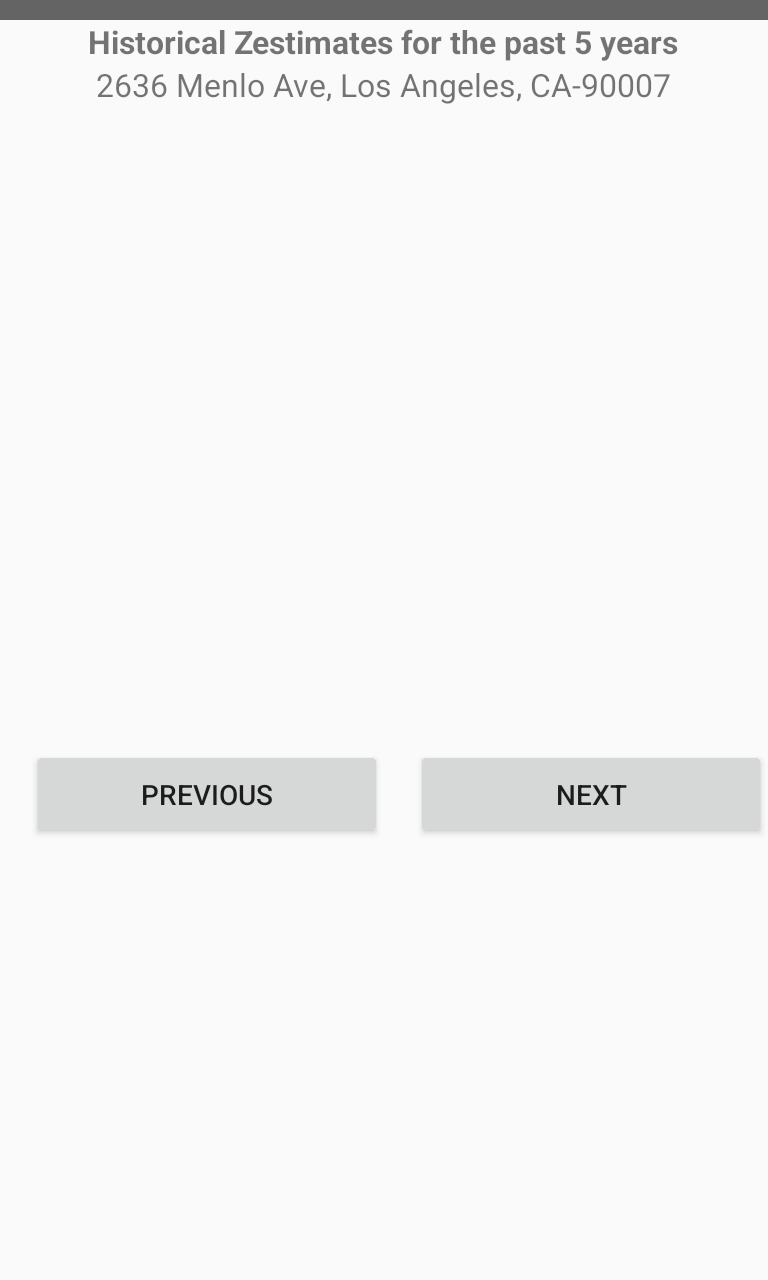
Repository: Warun26/PropertySearch
Layout: PropertySearch/res/layout/historical_zestimates_tab.xml
The author's editor kept a copy of each file at every save. The layout is drawn from the files as they stood at one save, then again after the next save.
It is drawn on a 768 x 1280 px phone screen (xhdpi) without system bars, with theme AppTheme; the app's code is not run. The app's manifest (not shown) leaves right-to-left support off. So textAlignment, textDirection and layoutDirection are ignored, and left and right values win over start and end ones.

Above is the layout before, as saved 2014-11-23 04:15:27.

After the next save:
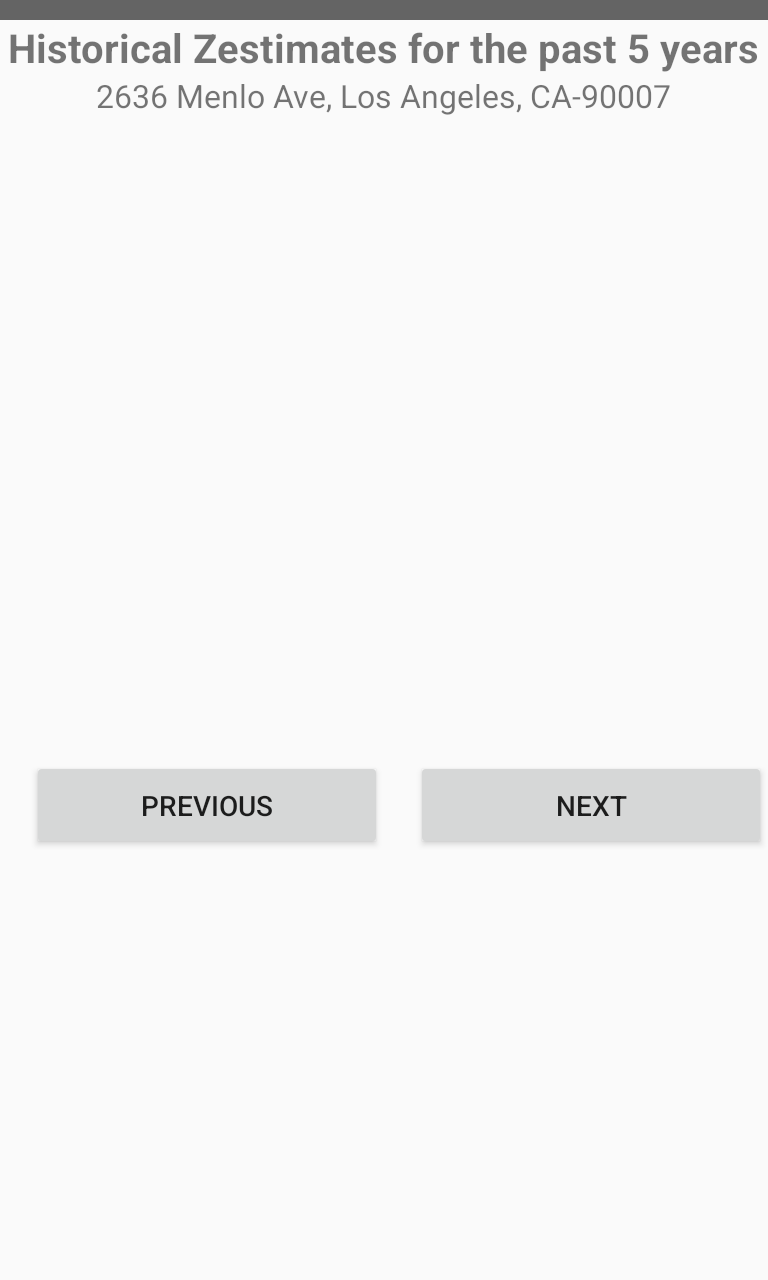
Saved 10 s later.
--- a/PropertySearch/res/layout/historical_zestimates_tab.xml
+++ b/PropertySearch/res/layout/historical_zestimates_tab.xml
@@ -21,7 +21,7 @@
 	     android:layout_width="wrap_content"
 	     android:layout_height="wrap_content"
 	     android:padding="0dp"
-	     android:textSize="16sp"
+	     android:textSize="20sp"
 	     android:textAlignment="center"
 	     android:layout_gravity="center"
 	     android:textStyle="bold"
